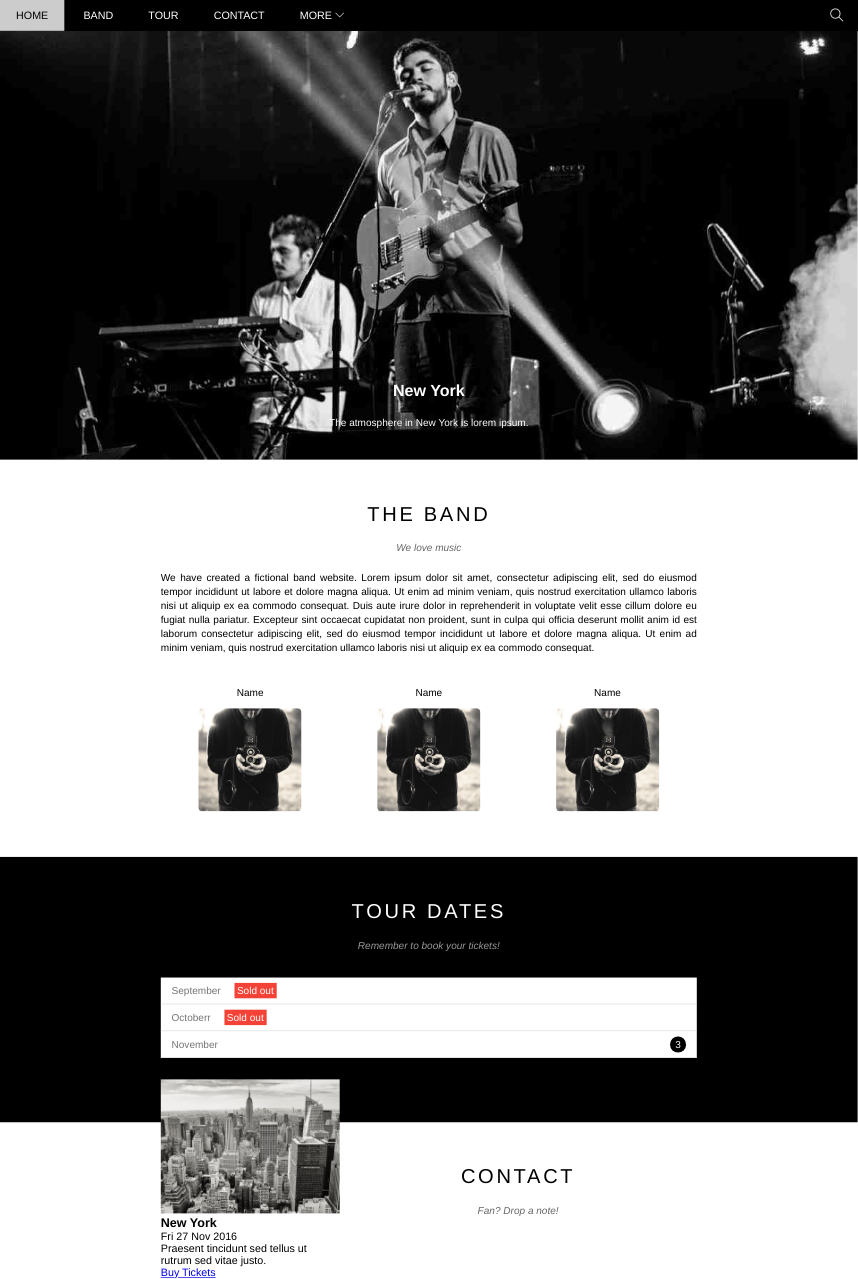
Repository: vophuocthanh/phuocthanhk03
Page: index.html
These files come from the project's save history. The page is drawn as it stood at one moment and after the next save; the edit follows.
The browser window is 1280 px wide. The pictures show the whole page, at 67% of full size.

Above is the page before, as saved 2022-03-25 20:32:25.

### index.html
<!DOCTYPE html>
<html lang="en">

<head>
    <meta charset="UTF-8" />
    <meta http-equiv="X-UA-Compatible" content="IE=edge" />
    <meta name="viewport" content="width=device-width, initial-scale=1.0" />
    <title>Document</title>
    <link rel="stylesheet" href="./asset/css/style.css" />
    <link rel="stylesheet" href="/asset/icon/themify-icons/themify-icons.css">
</head>

<body>
    <div id="main">
        <div id="header">
            <!-- Begin : nav -->
            <ul id="nav">
                <li><a href="">Home<a></li>
                <li><a href="">Band</a></li>
                <li><a href="">Tour</a></li>
                <li><a href="">Contact</a></li>
                <li>
                    <a href="">
                        More
                        <i class="nav-arrow-down ti-angle-down"></i>
                    </a>
                    <ul class="subnav">
                        <li><a href="">Merchandise</a></li>
                        <li><a href="">Extras</a></li>
                        <li><a href="">Media</a></li>
                    </ul>
                </li>
            </ul>
            <!-- End: nav -->

            <!-- Begin: Search -->
            <div class="search-btn">
                <i class="search-icon ti-search"></i>
            </div>
            <!-- End: Search -->
        </div>

        <div id="slider">
            <div class="text-content">
                <h2 class="text-heading">New York</h2>
                <div class="text-description">The atmosphere in New York is lorem ipsum.</div>
            </div>
        </div>

        <div id="content">
            <!-- About section -->
            <div class="content-section">
                <h2 class="section-heading">THE BAND</h2>
                <p class="section-sub-heading">We love music</p>
                <p class="about-text">We have created a fictional band website. Lorem ipsum dolor sit amet, consectetur adipiscing elit, sed do eiusmod tempor incididunt ut labore et dolore magna aliqua. Ut enim ad minim veniam, quis nostrud exercitation ullamco laboris nisi
                    ut aliquip ex ea commodo consequat. Duis aute irure dolor in reprehenderit in voluptate velit esse cillum dolore eu fugiat nulla pariatur. Excepteur sint occaecat cupidatat non proident, sunt in culpa qui officia deserunt mollit anim
                    id est laborum consectetur adipiscing elit, sed do eiusmod tempor incididunt ut labore et dolore magna aliqua. Ut enim ad minim veniam, quis nostrud exercitation ullamco laboris nisi ut aliquip ex ea commodo consequat.</p>

                <div class="members-list">
                    <div class="member-item">
                        <p class="member-name">Name</p>
                        <img src="./asset/img/band/member1.jpg" alt="Name" class="member-img">
                    </div>

                    <div class="member-item">
                        <p class="member-name">Name</p>
                        <img src="./asset/img/band/member1.jpg" alt="Name" class="member-img">
                    </div>

                    <div class="member-item">
                        <p class="member-name">Name</p>
                        <img src="./asset/img/band/member1.jpg" alt="Name" class="member-img">
                    </div>
                    <div class="clear"></div>
                </div>
            </div>




            <!-- Tour section -->
            <div class="tour-section">
                <div class="content-section">
                    <h2 class="section-heading
                    text-white">TOUR DATES</h2>
                    <p class="section-sub-heading text-white">Remember to book your tickets!</p>

                    <!-- ticket -->

                    <ul class="ticket-list">
                        <li>September <span class="sold-out">Sold out</span></li>
                        <li>Octoberr <span class="sold-out">Sold out</span></li>
                        <li>November <span class="quantily">3</span></li>
                    </ul>

                    <!-- Places -->
                    <div class="place-list">
                        <div class="place-item">
                            <img src="./asset/img/places/place1.jpg" alt="New York" class="place-img">
                            <div class="place-body">
                                <h3 class="place-heading">New York</h3>
                                <p class="place-time">Fri 27 Nov 2016</p>
                                <p class="place-desc">Praesent tincidunt sed tellus ut rutrum sed vitae justo.</p>
                                <a href="#" class="place-buy-btn">Buy Tickets</a>
                            </div>
                        </div>
                    </div>
                </div>

            </div>
            <!-- Contact section -->
            <div class="content-section">
                <h2 class="section-heading">CONTACT</h2>
                <p class="section-sub-heading">Fan? Drop a note!</p>
            </div>

            <div id="footer">

            </div>

        </div>
</body>

</html>

### asset/css/style.css
/*Reset*/

* {
    padding: 0;
    margin: 0;
    box-sizing: border-box;
}

html {
    font-family: Helvetica, Arial, sans-serif;
}


/*
 1. Từ ngoài vào trong
 2. Trên xuống dưới
 3. Từ tổng quan đến chi tiết

*/


/*
1. Vị Trí
2. Màu Sắc
3. Kích Thước
4.Kiểu Dáng */

.clear {
    clear: both;
}

.text-white {
    color: #fff !important;
}

#main {}

#header {
    height: 46px;
    background-color: #000;
    position: fixed;
    top: 0;
    left: 0;
    right: 0;
    z-index: 1;
}

#nav {
    display: inline-block;
}

.subnav {
    list-style-type: none;
}

#nav>li {
    display: inline-block;
}

#nav li {
    position: relative;
}

#nav>li>a {
    color: #fff;
    text-transform: uppercase;
}

#nav li a {
    color: #fff;
    text-decoration: none;
    line-height: 46px;
    padding: 0 24px;
    display: block;
}

#nav li:hover .subnav {
    display: block;
}

#nav>li:hover>a,
#nav .subnav li:hover {
    color: #000;
    background-color: #ccc;
}

#nav .subnav {
    display: none;
    position: absolute;
    top: 100%;
    left: 0;
    min-width: 160px;
    background-color: #fff;
    box-shadow: 0 0 10px rgba(0, 0, 0, 0.3);
}

#nav .subnav a {
    color: #000;
    padding: 0 12px;
}

#nav .nav-arrow-down {
    font-size: 14px;
}

#header .search-btn {
    float: right;
    padding: 0 21px;
    cursor: pointer;
}

#header .search-btn:hover {
    background-color: #f44336;
}

#header .search-icon {
    color: #fff;
    font-size: 20px;
    line-height: 46px;
}

#slider {
    position: relative;
    margin-top: 46px;
    padding-top: 50%;
    background: url("/asset/img/slider/slider1.jpg") top center / cover no-repeat;
}

#slider .text-content {
    position: absolute;
    bottom: 47px;
    color: #fff;
    left: 50%;
    transform: translate(-50%);
    text-align: center;
}

#slider .text-headin {
    font-weight: 500;
    font-size: 24px;
}

#slider .text-description {
    font-size: 15px;
    margin-top: 25px;
}

#content {}

#content .content-section {
    width: 800px;
    padding: 64px 0;
    margin-left: auto;
    margin-right: auto;
}

#content .section-heading {
    font-size: 30px;
    font-weight: 500;
    text-align: center;
    letter-spacing: 4px;
}

#content .section-sub-heading {
    font-size: 15px;
    text-align: center;
    margin-top: 25px;
    font-style: italic;
    opacity: 0.6;
}

#content .about-text {
    font-size: 15px;
    margin-top: 25px;
    text-align: justify;
    line-height: 1.4;
}

#content .members-list {
    margin-top: 48px;
}

#content .member-item {
    float: left;
    width: 33.3333%;
    text-align: center;
}

#content .member-name {
    font-size: 15px;
}

#content .member-img {
    width: 154px;
    margin-top: 15px;
    border-radius: 4%;
}


/* Tour-section */

.tour-section {
    background-color: #000;
}

.ticket-list {
    background-color: #fff;
    list-style: none;
    margin-top: 40px;
}

.ticket-list li {
    color: #757575;
    font-size: 15px;
    padding: 11px 16px;
    border-bottom: 1px solid #ddd;
}

.ticket-list .sold-out {
    background-color: #f44336;
    color: #fff;
    padding: 3px 4px;
    margin-left: 16px;
}

.ticket-list .quantily {
    float: right;
    width: 24px;
    height: 24px;
    background-color: #000;
    color: #fff;
    border-radius: 50%;
    text-align: center;
    line-height: 24px;
    margin-top: -3px;
}


/* Places */

.place-list {
    margin-top: 32px;
}

.place-item {
    float: left;
    width: 33.33333%;
}

.place-img {
    width: 100%;
}

.place-body {}

.place-time {}

.place-desc {}

.place-buy-btn {}


/* Foote section */

#foote {}

Loaded but not shown: asset/icon/themify-icons/themify-icons.css (common file)

After the next save:
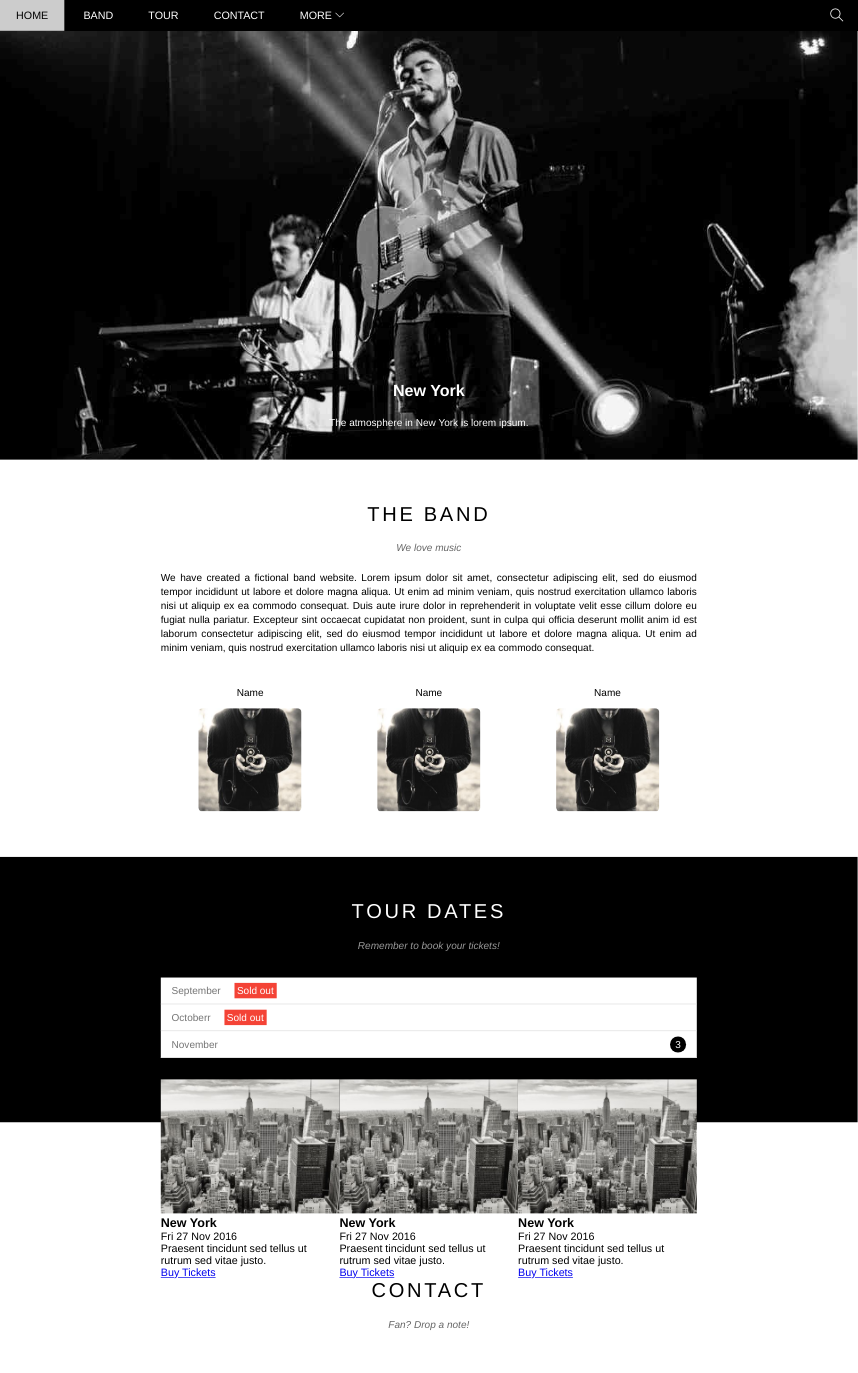
Saved 88 s later.
--- a/index.html
+++ b/index.html
@@ -104,6 +104,24 @@
                                 <a href="#" class="place-buy-btn">Buy Tickets</a>
                             </div>
                         </div>
+                        <div class="place-item">
+                            <img src="./asset/img/places/place1.jpg" alt="New York" class="place-img">
+                            <div class="place-body">
+                                <h3 class="place-heading">New York</h3>
+                                <p class="place-time">Fri 27 Nov 2016</p>
+                                <p class="place-desc">Praesent tincidunt sed tellus ut rutrum sed vitae justo.</p>
+                                <a href="#" class="place-buy-btn">Buy Tickets</a>
+                            </div>
+                        </div>
+                        <div class="place-item">
+                            <img src="./asset/img/places/place1.jpg" alt="New York" class="place-img">
+                            <div class="place-body">
+                                <h3 class="place-heading">New York</h3>
+                                <p class="place-time">Fri 27 Nov 2016</p>
+                                <p class="place-desc">Praesent tincidunt sed tellus ut rutrum sed vitae justo.</p>
+                                <a href="#" class="place-buy-btn">Buy Tickets</a>
+                            </div>
+                        </div>
                     </div>
                 </div>
 
